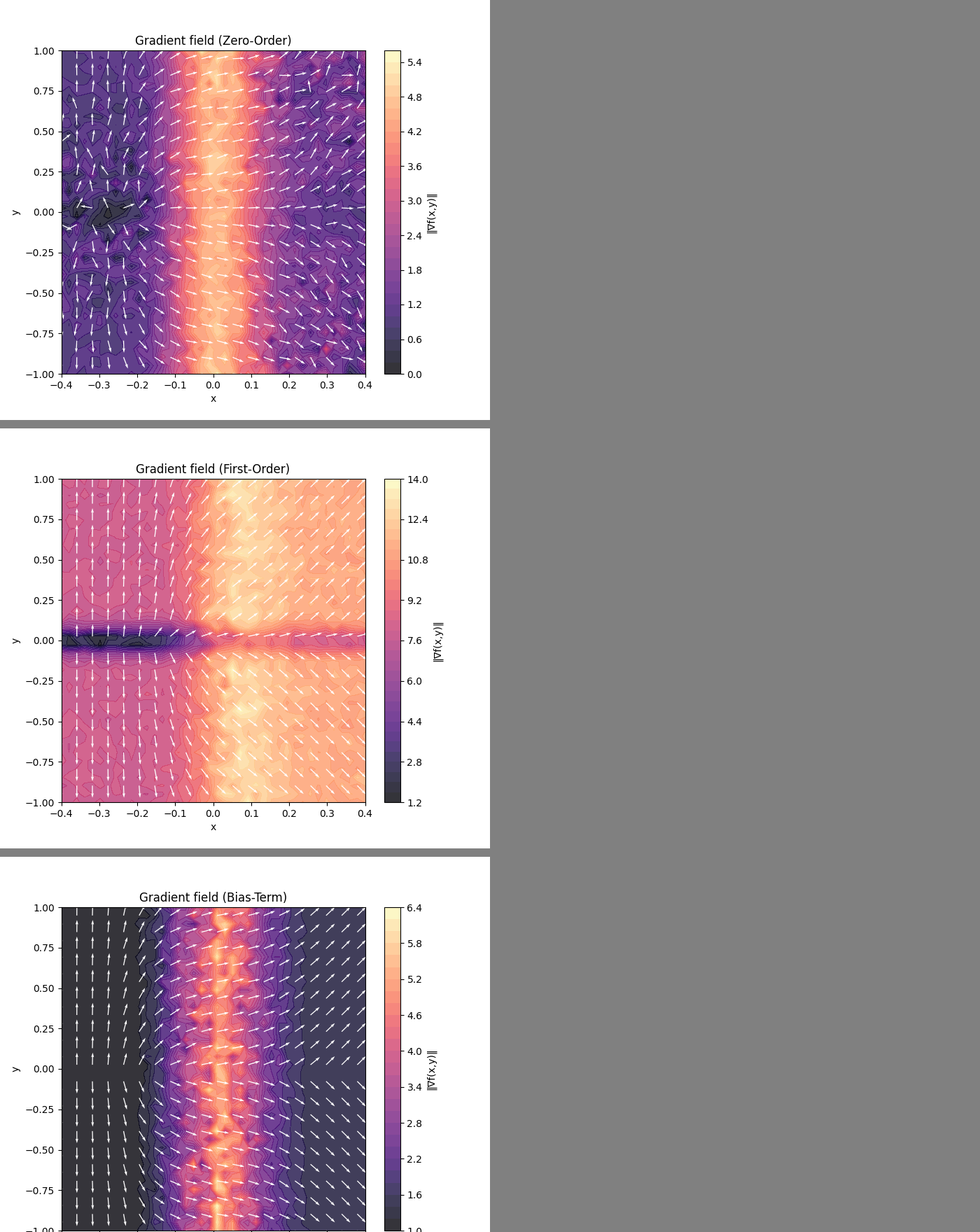
Repository: oomcth/Gradient-smoothing
Script's output: python test2D.py
An editor plug-in stored every save of this project. The script's output is shown before and after the next save, followed by the edit.
The pictures show rows 0 to 1760 of an output 2224 px tall, at 70% of full size.
Each picture stacks the figures in order, with grey between them; figures that are only written to a file come last. Figures wider than 1,400 px are first shrunk to that width. Random numbers start from a fixed seed.

Above is the script's output before, as saved 2025-11-24 00:56:35.

After the next save:
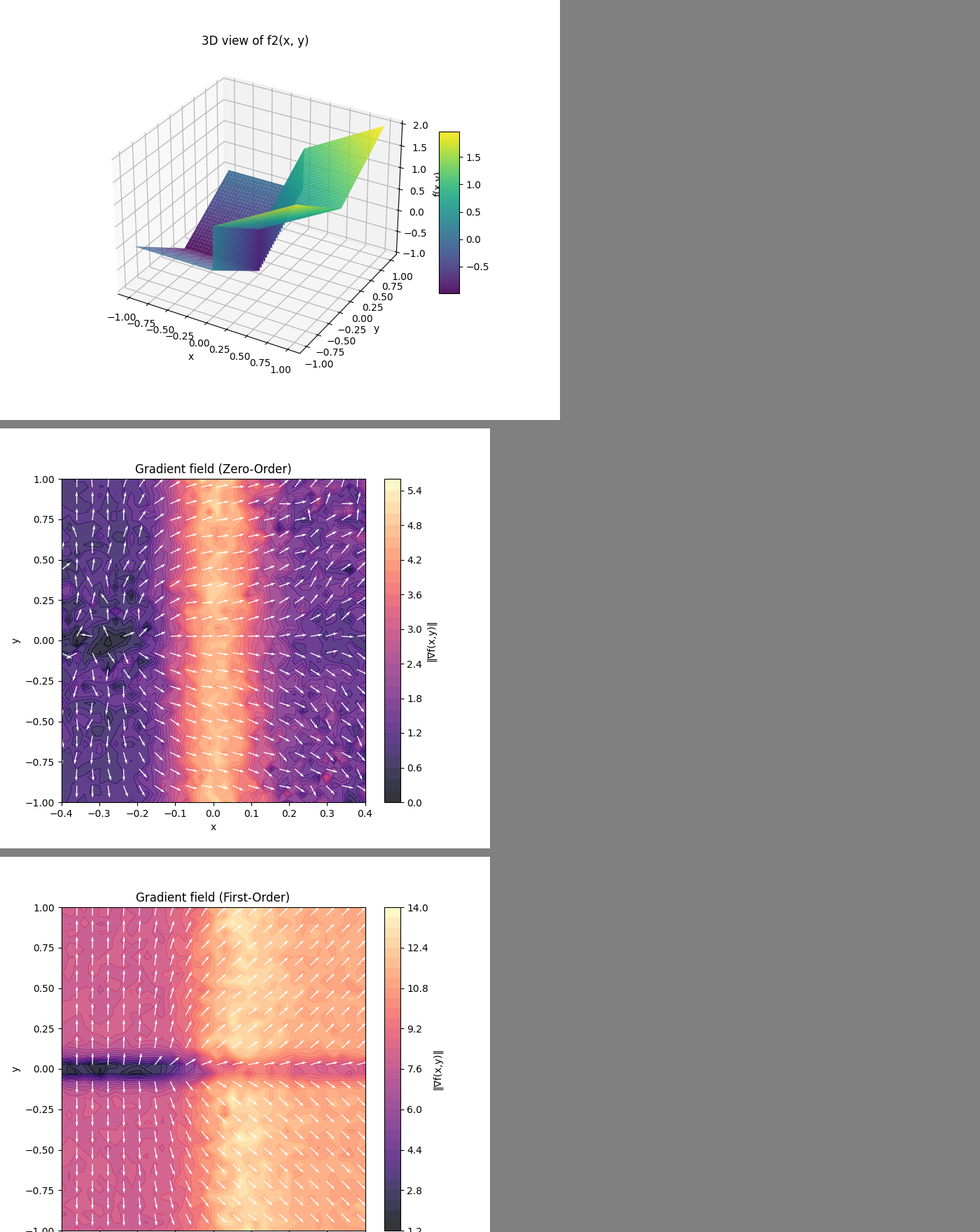
Saved 10 s later.
--- a/test2D.py
+++ b/test2D.py
@@ -76,6 +76,9 @@ def plot_f2_3d(f, x_range=(-1, 1), y_range=(-1, 1), n=200):
     ax.set_title("3D view of f2(x, y)")
     fig.colorbar(surf, ax=ax, shrink=0.5, aspect=8)
     plt.show()
+
+
+plot_f2_3d(f2, x_range=(-1, 1), y_range=(-1, 1))
 
 
 Xmin = -0.4
